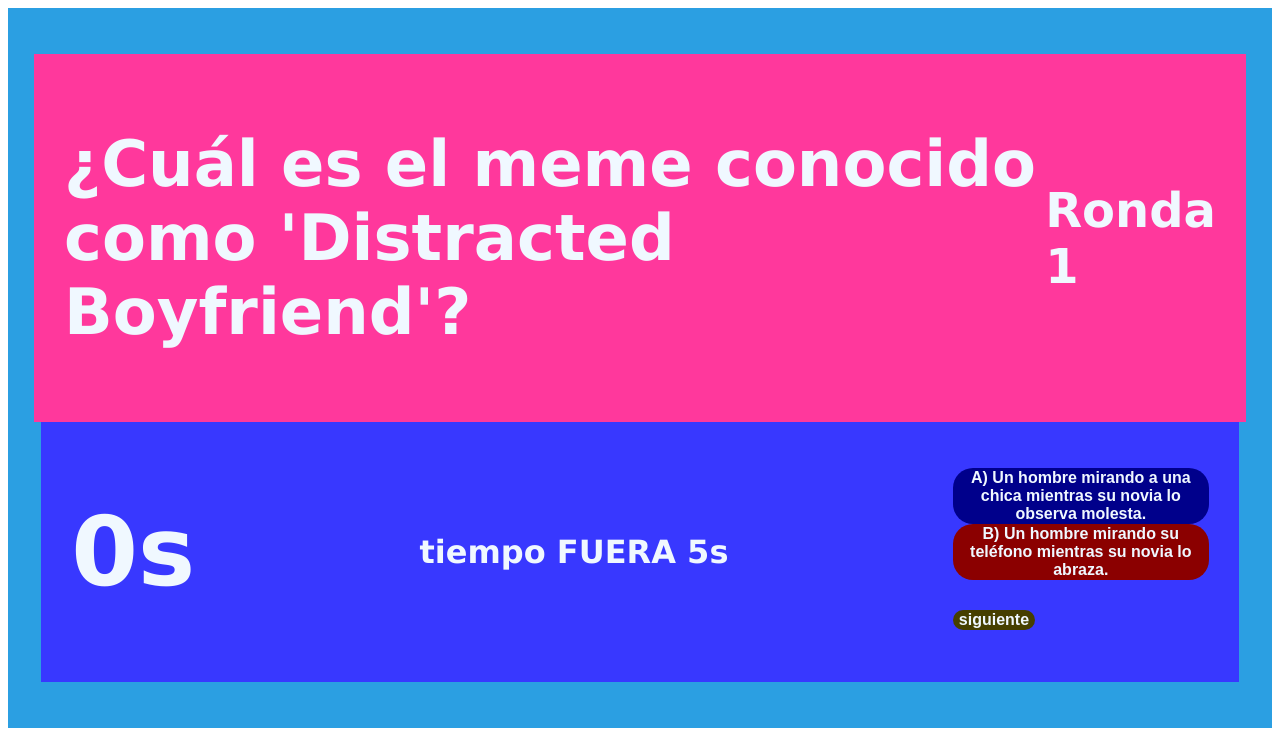
Repository: eschala/Proyecto_Clonaci-n_Kahoot_2023-2
Page: Borrador_Samir_Kahoot_NEW/Prueaba_Validar.html
These files come from the project's save history. The page is drawn as it stood at one moment and after a run of saves; the edit follows.
The browser window is 1280 px wide. The pictures show the whole page.

Above is the page before, as saved 2023-11-29 15:31:22.

### Borrador_Samir_Kahoot_NEW/Prueaba_Validar.html
<!DOCTYPE html>
<html lang="en">

<head>
    <meta charset="UTF-8">
    <meta name="viewport" content="width=device-width, initial-scale=1.0">
    <title>Document</title>
    <style>

    </style>
    <link rel="stylesheet" href="stylePrueba.css">

</head>

<body>
    <div class="container">

        <div class="sectionContainer">

            <h1 class="tituloClass">
                pregunta
            </h1>
            <h2 class="aviso">
                ()
            </h2>

            <div class="section_Buttons">
                <div class="btn_content"><button type="button" class="btn_1 botones">opcion A</button></div>
                <div class="btn_content"><button type="button" class="btn_2 botones">opcion B</button></div>
                    <button type="button" class="botones">siguiente</button>


        </div>
            </div>
            <div class="sectionContainer_2">

                <h1 class="Pregunta_S">insertar pregunta</h1>
                <h1 class="aviso_S">aviso</h1>
            </div>

    </div>

    <script src="respuesta_VALIDAR.js"></script>
</body>

</html>

### Borrador_Samir_Kahoot_NEW/stylePrueba.css
.container {
    font-family: Verdana, Geneva, Tahoma, sans-serif;

    width: 100%;
    height: 100vh;
    background-color: rgb(43, 159, 226);

    display: flex;
    flex-direction: column;

    align-items: center;
    justify-content: center;

}

.sectionContainer {

    height: 200px;
    padding: 40px;
    width: 90%;

    background-color: rgb(56, 56, 255);

    display: flex;
    justify-content: space-between;
    align-items: center;
    color: aliceblue;

    font-size: 3rem;
    padding: 30px;

    order: 1;
}
.sectionContainer_2 {


    width: 90vw;

    background-color: rgb(255, 56, 156);

    display: flex;
    justify-content: space-between;
    align-items: center;
    color: aliceblue;

    font-size: 2rem;
    padding: 30px;

    order: 0;
}

.sub_Container_2 {

    height: 200px;
    width: 800px;

    background-color: red;

    display: flex;

}

.btn_content {
    max-width: 20vw;
    display: flex;

    align-items: center;
    justify-content: center;

    cursor: pointer;
}
.botones{
    background-color:rgb(70, 63, 0);
    font-weight: 700;


    color:aliceblue;
    font-size: 1rem;
    cursor: pointer;

    border-radius: 20px;
    border: 0px;
}

.btn_1 {


    background-color:darkblue;
}

.btn_2 {


    background-color:darkred;
}

.botones:hover{

    opacity: 50%;
    cursor: pointer;
}



.aviso_S{
    font-family: Verdana, Geneva, Tahoma, sans-serif;
    font-size: 3rem;
}
.Pregunta_S{
    font-size: 4rem;
}

### Borrador_Samir_Kahoot_NEW/respuesta_VALIDAR.js
const container_E=document.querySelector(".container");
const sectionContainer_E=document.querySelector(".sectionContainer");
const sub_Container_2_E=document.querySelector(".sub_Container_2");
const btn_1_E=document.querySelector(".btn_1");
const btn_2_E=document.querySelector(".btn_2");
const h2_E=document.querySelector(".aviso");
const tituloClass_E=document.querySelector(".tituloClass");

/* const container_element=".container";
const sectionContainer_element=".sectionContainer";
const sub_Container_2_element=".sub_Container_2";
const btn_1_element=".btn_1";
const btn_2_element=".btn_2";
const h2_element=".aviso";
const tituloClass_element=".tituloClass";

container_element=document.querySelector(container_element);
sectionContainer_element=document.querySelector(sectionContainer_element);
sub_Container_2_element=document.querySelector(sub_Container_2_element);
btn_1_element=document.querySelector(btn_1_element);
btn_2_element=document.querySelector(btn_2_element);
h2_element=document.querySelector(h2_element);
tituloClass_element=document.querySelector(tituloClass_element);
 */
   var contar_S=0;
   var contar_R=0;
   var vacio=0;
var segundos =3;

var contar_2=0;
const intervalo=1000;

const pregunta_E=document.querySelector(".Pregunta_S");
const aviso_E=document.querySelector(".aviso_S");

h2_E.style.display="block";
h2_E.style.fontSize="2rem";

var funcionPrueba=()=>{



    segundos--;


    tituloClass_E.innerHTML=segundos+ "s";


    if(segundos==contar_R){

    contar_S++;
    vacio=contar_S-1;

        clearInterval(timeRunning);
        segundos=3;
        activateTimeOUT();
        contar_2++;
        h2_E.innerHTML="tiempo FUERA 5s";aviso_E.innerHTML="Ronda "+contar_S;

        if(contar_S==3){

            contar_S=0;
        }
    }
    else{
        h2_E.innerHTML="";

    }



    pregunta_E.innerHTML=preguntas_String[vacio]

    btn_1_E.innerHTML=respuesta_Correcta_String[vacio]
    btn_2_E.innerHTML=respuesta_String[vacio]


}





/* const timeOuter = function (){

}  */

const activateTime=()=>{
timeRunning = setInterval(funcionPrueba,intervalo);
}
const activateTimeOUT=()=>{
tiempoFuera = setTimeout(intervalo*segundos);
}
activateTime();







const preguntas_String = [
    "¿Cuál es el meme conocido como 'Distracted Boyfriend'?",
    "¿Qué animal es el protagonista del meme 'Surprised Pikachu'?",
    "¿Quién es el protagonista del meme 'Hide the Pain Harold'?"
  ];

  const respuesta_String = [
    [ "B) Un hombre mirando su teléfono mientras su novia lo abraza."],
    ["A) Un gato."],
    [ "B) Un actor famoso."]
  ];

  const respuesta_Correcta_String = [
    "A) Un hombre mirando a una chica mientras su novia lo observa molesta.",
    "B) Un Pokémon.",
    "A) Un modelo de stock photography."];

After the next 4 saves:
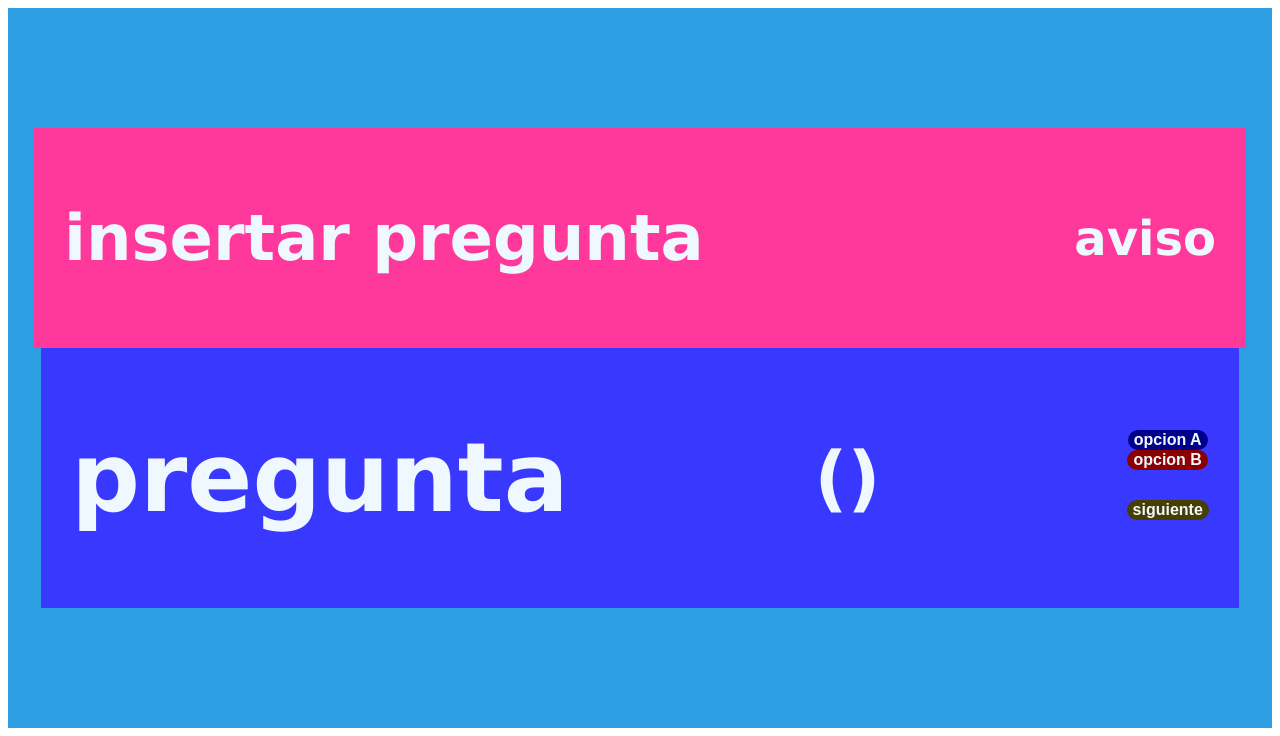
Console error: SyntaxError: Missing initializer in const declaration
The 4 saves are shown as one change because they came seconds apart.
The last was saved 3 min 17 s later.
--- a/Borrador_Samir_Kahoot_NEW/respuesta_VALIDAR.js
+++ b/Borrador_Samir_Kahoot_NEW/respuesta_VALIDAR.js
@@ -94,7 +94,7 @@
 activateTime();
 
 
-
+const clickSigu
 
 
 

After the 6 saves that followed:
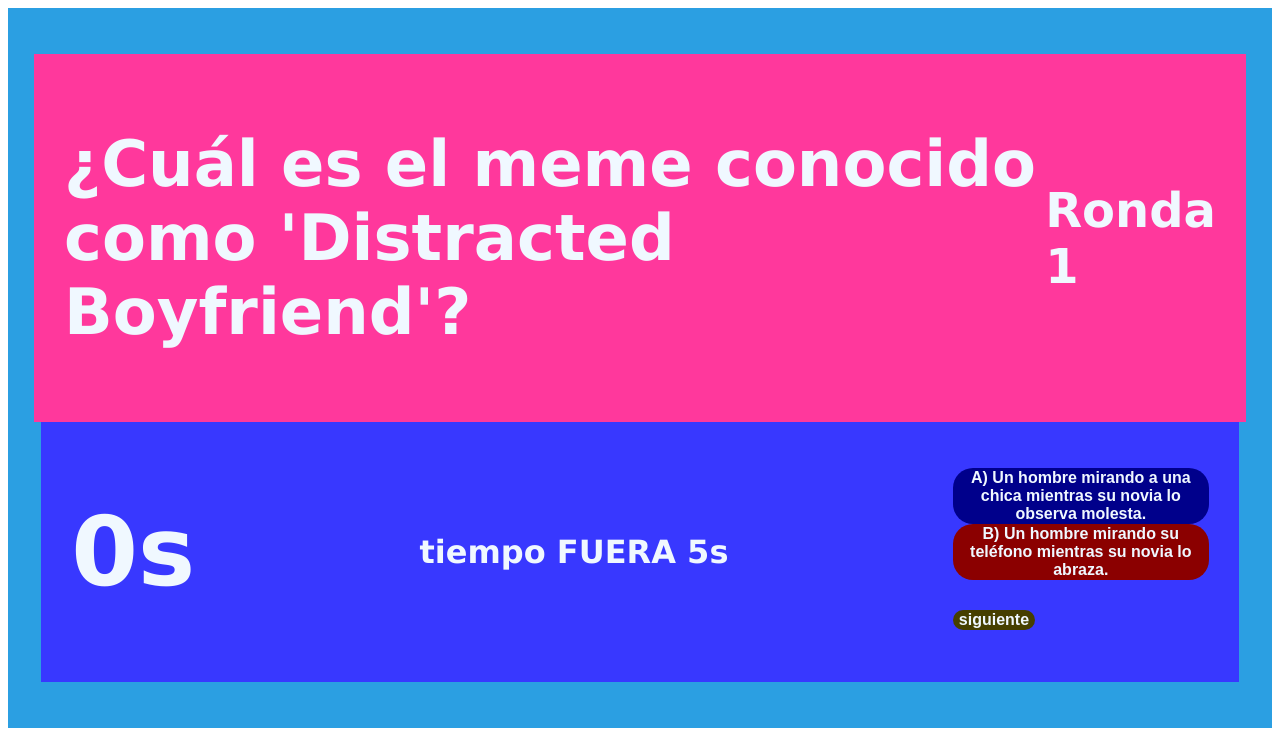
The error is gone.
The 6 saves are shown as one change because 2 left the picture as it was and some came seconds apart.
The last was saved 39 s later.
--- a/Borrador_Samir_Kahoot_NEW/respuesta_VALIDAR.js
+++ b/Borrador_Samir_Kahoot_NEW/respuesta_VALIDAR.js
@@ -94,7 +94,10 @@
 activateTime();
 
 
-const clickSigu
+const clickSiguiente =()=>{
+
+    activateTime();
+}
 
 
 
